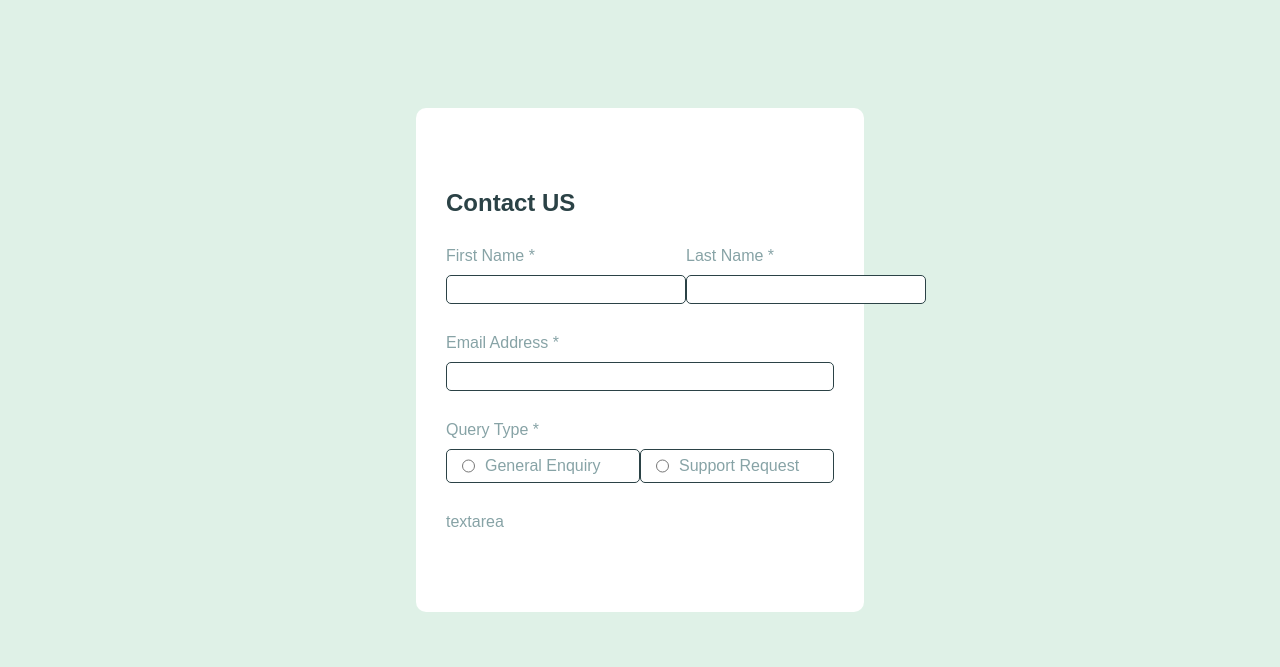
Repository: KamoliddinGIT/contact-form-in-PHP
Page: http://localhost/
An editor plug-in stored every save of this project. The page is shown before and after a run of saves, followed by the edit.
The browser window is 1280 px wide. The pictures show the whole page.
The page is run by PHP 8.4 with error messages shown; the project is at /var/www/html/.

Above is the page before, as saved 2024-08-19 10:14:31.

### index.php
<?php
if ($_SERVER["REQUEST_METHOD"] == "POST") {
    $name = htmlspecialchars($_POST['name']);
    $email = htmlspecialchars($_POST['email']);
    $message = htmlspecialchars($_POST['message']);

    // You can add code here to save the data to a database or send it via email
    echo "<script>alert('Thank you, $name. Your message has been received!');</script>";
}
?>

<!doctype html>
<html lang="en">
<head>
    <meta charset="UTF-8">
    <meta name="viewport"
          content="width=device-width, user-scalable=no, initial-scale=1.0, maximum-scale=1.0, minimum-scale=1.0">
    <meta http-equiv="X-UA-Compatible" content="ie=edge">
    <link rel="stylesheet" href="style.css">
    <title>Form in PHP</title>
</head>
<body>

    <div class="container">
        <form>
            <h2>Contact US</h2>
            <div class="personal_details">
                <div class="name">
                    <span>First Name *</span>
                    <input type="text" class="name">
                </div>
                <div class="surname">
                    <span>Last Name *</span>
                    <input type="text" class="surname">
                </div>
            </div>
            <div class="email_address">
                <span>Email Address *</span>
                <input type="email" class="email">
            </div>
            <div class="query">
                <span>Query Type *</span>
               <div class="query_items">
                   <div class="general">
                       <input type="radio" id="general" value="General Enquiry">
                       <label for="general">General Enquiry</label><br>
                   </div>
                   <div class="support">
                       <input type="radio" id="support" value="Support Request">
                       <label for="support">Support Request</label><br>
                   </div>
               </div>
            </div>

            textarea
        </form>
    </div>
</body>
</html>

### style.css
* {
    margin: 0;
    padding: 0;
    box-sizing: border-box;
}

.container {
    width: 100%;
    height: 100vh;
    display: flex;
    justify-content: center;
    align-items: center;
    background: hsl(148, 38%, 91%);
}

form {
    display: flex;
    justify-content: center;
    padding: 30px;
    border-radius: 10px;
    flex-direction: column;
    gap: 30px;
    background: #fff;
    width: 35%;
    min-height: 70%;
    font-family: 'Karla', sans-serif;
    color: hsl(186, 15%, 59%);
}

form h2 {
    color: hsl(187, 24%, 22%);
    font-family: 'Karla', sans-serif;
}

.personal_details {
    display: flex;
    justify-content: space-between;
}

.name {
    display: flex;
    flex-direction: column;
    gap: 10px;
}

.surname {
    display: flex;
    flex-direction: column;
    gap: 10px;
}

.name input {
    width: 240px;
    padding: 6px;
    border-radius: 5px;
    outline: none;
    border: 1px solid hsl(187, 24%, 22%);
}
.surname input {
    width: 240px;
    padding: 6px;
    border-radius: 5px;
    outline: none;
    border: 1px solid hsl(187, 24%, 22%);
}

.email_address {
    display: flex;
    flex-direction: column;
    gap: 10px;
}

.email {
    padding: 6px;
    border-radius: 5px;
    outline: none;
    border: 1px solid hsl(187, 24%, 22%);
}

.query {
    display: flex;
    justify-content: space-between;
    flex-direction: column;
    gap: 10px;
}

.general {
    display: flex;
    border: 1px solid hsl(187, 24%, 22%);
    padding: 7px;
    width: 240px;
    border-radius: 5px;
    gap: 10px;
    padding-left: 15px;
}

.support {
    display: flex;
    border: 1px solid hsl(187, 24%, 22%);
    padding: 7px;
    width: 240px;
    border-radius: 5px;
    gap: 10px;
    padding-left: 15px;
}

.query_items {
    display: flex;
    justify-content: space-between;
}

.message {
    display: flex;
    flex-direction: column;
    gap: 10px;
}

#message {
    border-radius: 5px;
    border: 1px solid hsl(187, 24%, 22%);
    padding-left: 7px;
    padding-top: 7px;
}

.checking {
    display: flex;
    align-items: center;
    gap: 10px;
    font-size: 16px;
}

.submit_btn {
    width: 100%;
    color: white;
    text-decoration: none;
    background: hsl(169, 82%, 27%);
    height: 45px;
    text-align: center;
    display: flex;
    justify-content: center;
    align-items: center;
    border-radius: 5px;
}

After the next 4 saves:
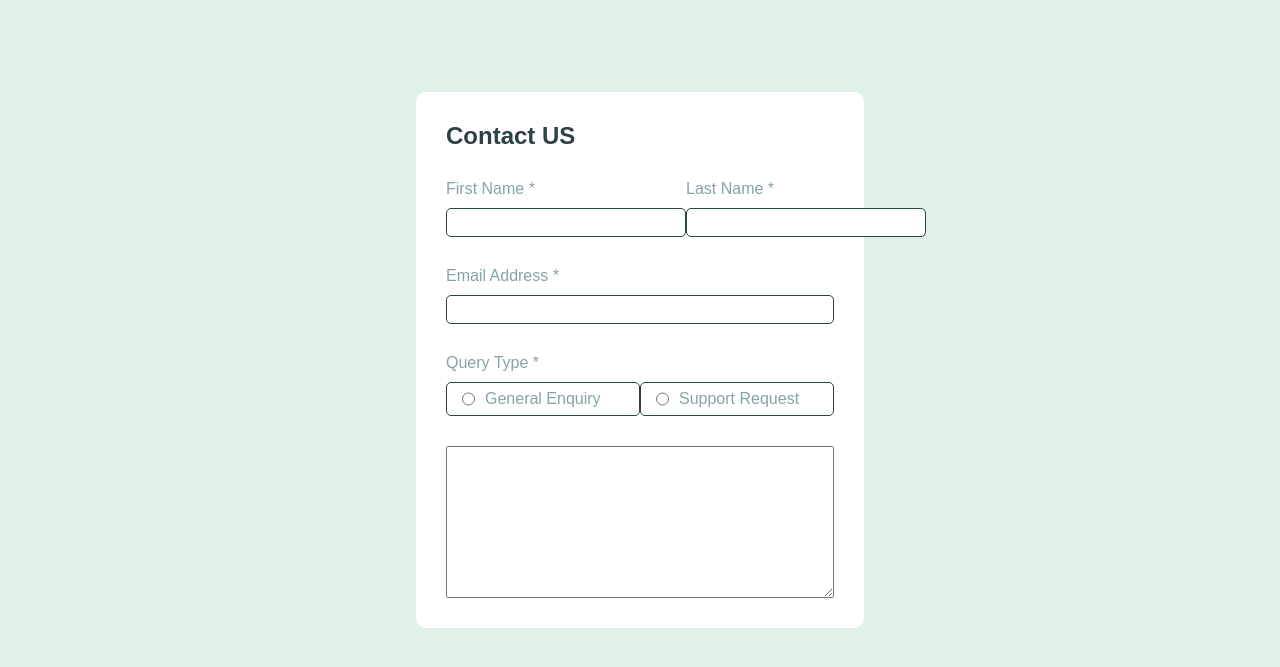
The 4 saves are shown as one change because they came seconds apart.
The last was saved 17 s later.
--- a/index.php
+++ b/index.php
@@ -52,7 +52,7 @@ if ($_SERVER["REQUEST_METHOD"] == "POST") {
                </div>
             </div>
 
-            textarea
+            <textarea cols="30" rows="10"></textarea>
         </form>
     </div>
 </body>
